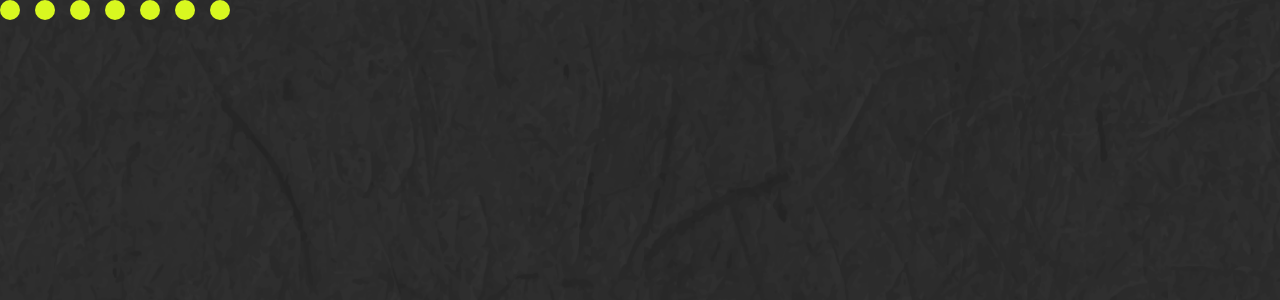
Repository: sem1103/fitness-test
Page: index.html
These files come from the project's save history. The page is drawn as it stood at one moment and after the next save; the edit follows.
The browser window is 1280 px wide. The pictures show the whole page.

Above is the page before, as saved 2023-11-03 16:24:08.

After the next save:
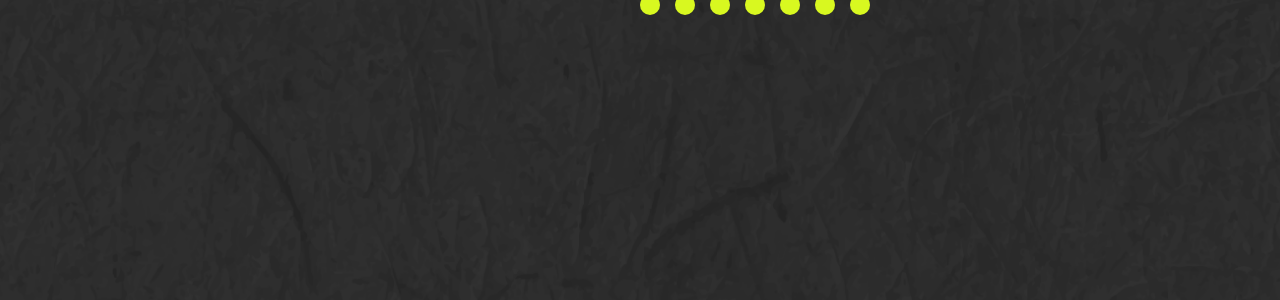
Saved 31 s later.
--- a/style/main.css
+++ b/style/main.css
@@ -5,7 +5,8 @@
 }
 #circles{
     position: absolute;
-
+    left: 50%;
+    top: -5px;
 }
 #circles ul{
     display: flex;
